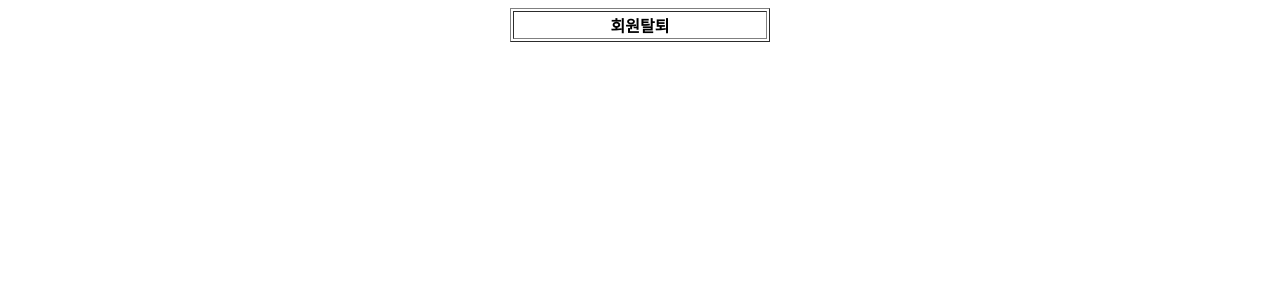
Repository: noopzzya/study_jsp_globalin
Page: http://localhost/ServletProject/memberone/deleteForm.jsp
These files come from the project's save history. The page is drawn as it stood at one moment and after the next save; the edit follows.
The browser window is 1280 px wide. The pictures show the whole page.
The page is served by Tomcat 9. Other server files are loaded and not shown.

Above is the page before, as saved 2023-02-07 04:49:18.
Console error: ReferenceError: begin is not defined

### ServletProject/src/main/webapp/memberone/deleteForm.jsp
<%@ page language="java" contentType="text/html; charset=UTF-8"
    pageEncoding="UTF-8"%>
<!DOCTYPE html>
<html>
<head>
<meta charset="UTF-8">
<title>회원탈퇴</title>
</head>
<body onload="begin()">
<form action="deleteProc.jsp" name="myForm" method="post" onsubmit="return checkIt()">

<table width="260" border="1" align="center">
	<tr>
		<td colspan="2" align="center">
			<b>회원탈퇴</b>
		</td>
	</tr>
</table>

</form>
</body>
</html>

After the next save:
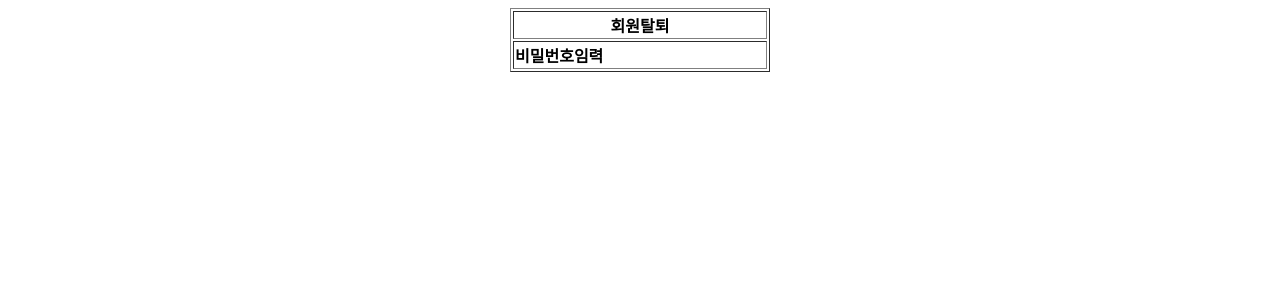
Saved 73 s later.
--- a/ServletProject/src/main/webapp/memberone/deleteForm.jsp
+++ b/ServletProject/src/main/webapp/memberone/deleteForm.jsp
@@ -15,6 +15,12 @@
 			<b>회원탈퇴</b>
 		</td>
 	</tr>
+
+	<tr>
+		<td width="150">
+			<b>비밀번호임력</b>
+		</td>
+	</tr>
 </table>
 
 </form>
